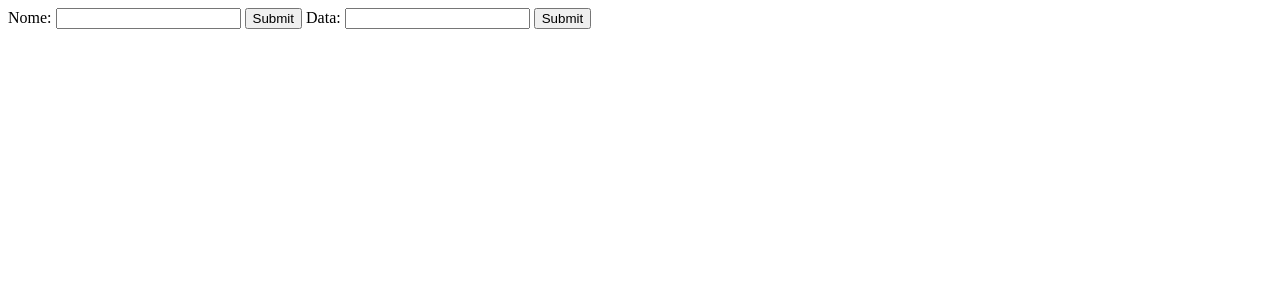
Repository: LucasEstrella/Spring-Boot-Alura-Servlet
Page: http://localhost/gerenciador/formNovaEmpresa.jsp
These files come from the project's save history. The page is drawn as it stood at one moment and after the next save; the edit follows.
The browser window is 1280 px wide. The pictures show the whole page.
The page is served by Tomcat 9.

Above is the page before, as saved 2022-03-19 20:46:45.

After the next save:
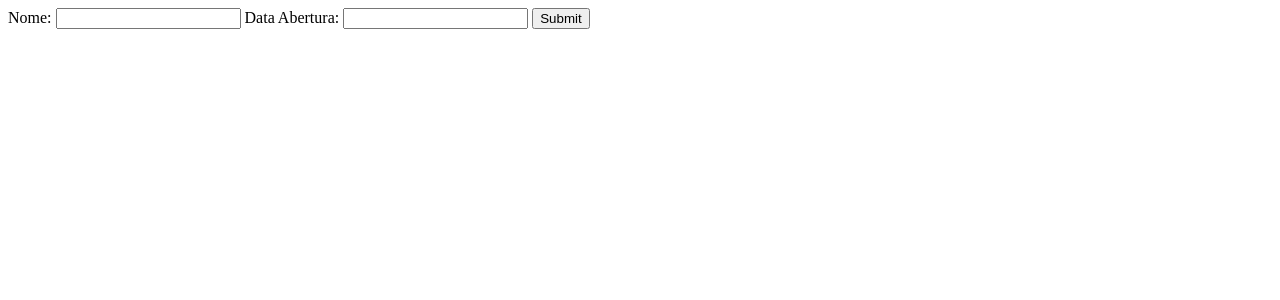
Saved 92 s later.
--- a/gerenciador/WebContent/formNovaEmpresa.jsp
+++ b/gerenciador/WebContent/formNovaEmpresa.jsp
@@ -12,12 +12,12 @@
 	<form action="${linkServletNovaEmpresa}" method="post">
 
 		Nome: <input type="text" name="nome"  />
+		Data Abertura: <input type="text" name="data"  />
 
 		<input type="submit" />
 
-		Data: <input type="text" name="data"  />
 
-		<input type="submit" />
+
 	</form>
 
 </body>
